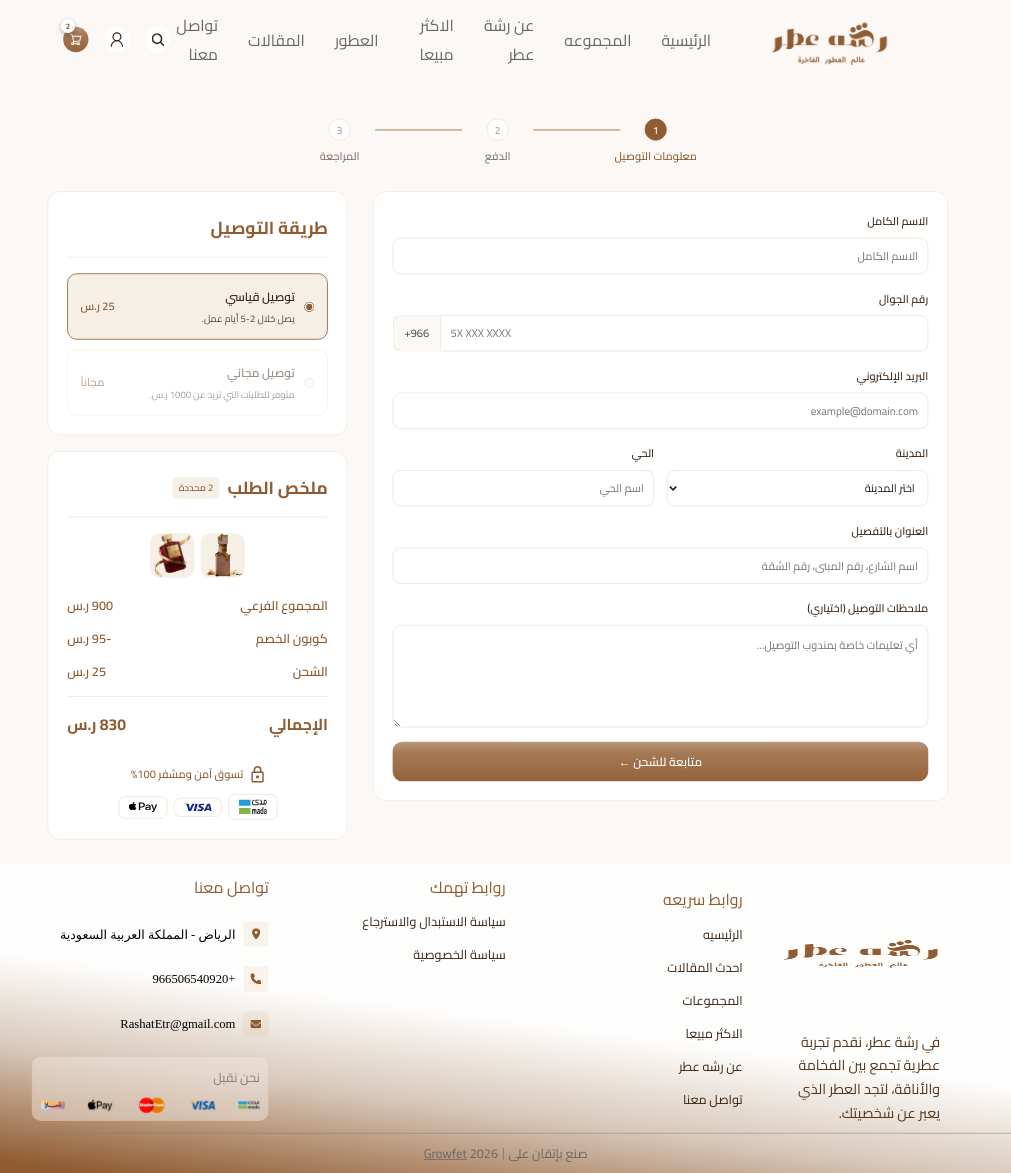
Repository: mahmoudesh74/rashet-3tr
Page: /Checkout
These files come from the project's save history. The page is drawn as it stood at one moment and after the next save; the edit follows.
The browser window is 1280 px wide. The pictures show the whole page, at 79% of full size.
Some web fonts or font styles are not loaded; a fallback is used. The project was rebuilt for these pictures with package versions that can differ from the ones it lists, and the page was loaded fresh each time. Also part of the build but not shown: vite.config.js, src/App.css, src/components/HeaderSection/Header.css, src/components/HeaderSection/Header.jsx, src/components/GroupSection/GroupSection.css, src/components/GroupSection/GroupSection.jsx, src/components/AboutSection/AboutSection.css, src/components/AboutSection/AboutSection.jsx and 37 more. Imported but missing from the stored project, and not drawn on this page: src/assets/vedio.mp4.

Above is the page before, as saved 2026-09-29 03:07:22.

After the next save:
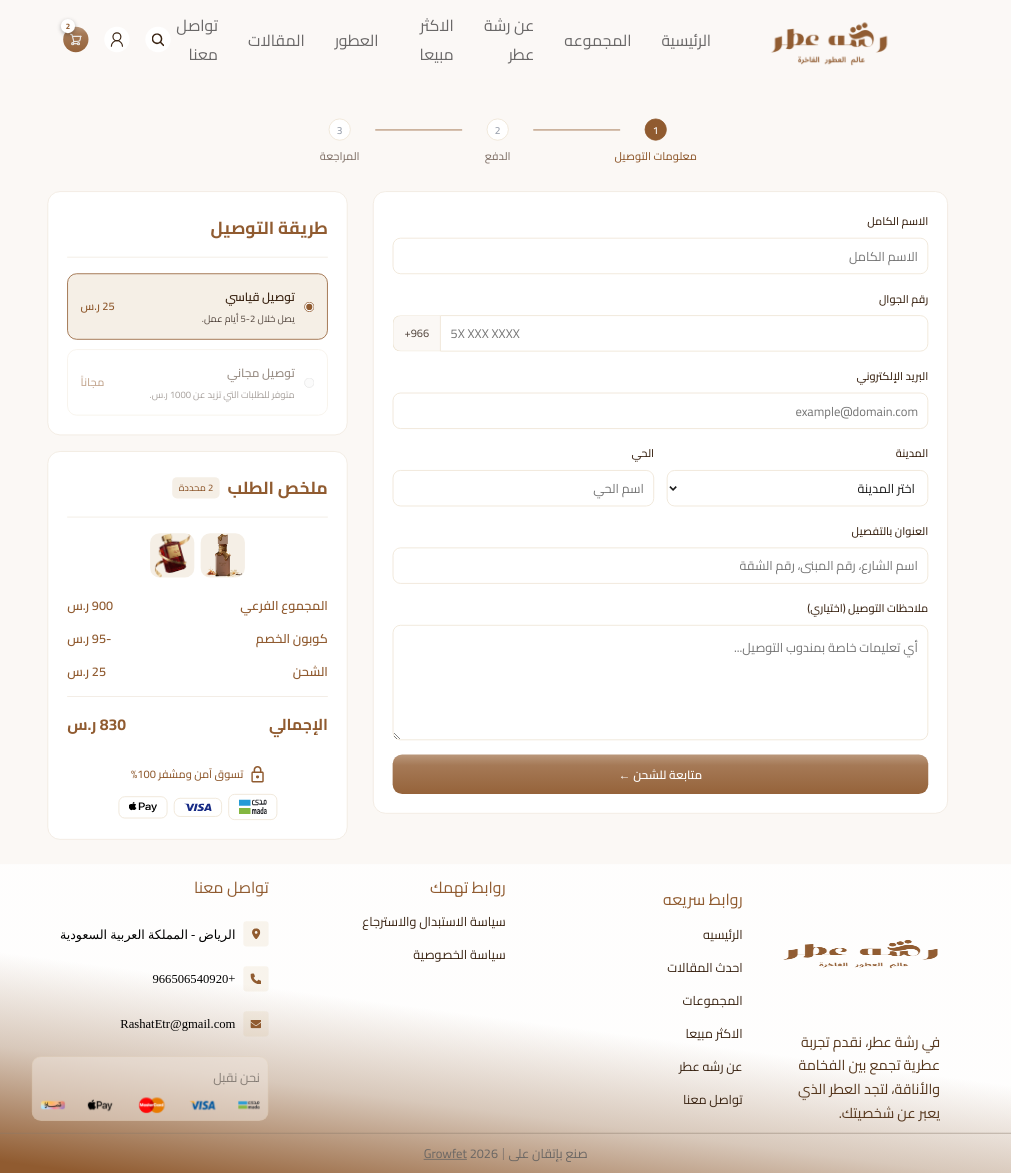
Saved 75 s later.
--- a/src/pages/CheckoutPage/Checkout.css
+++ b/src/pages/CheckoutPage/Checkout.css
@@ -123,7 +123,8 @@
   border: 1px solid #ede4d3;
   padding: 0 12px;
   font-family: "Cairo";
-  font-size: 14px;
+  font-size: 16px;
+  font-weight: 400;
   color: #1a1a1a;
   background: #ffffff;
   outline: none;
